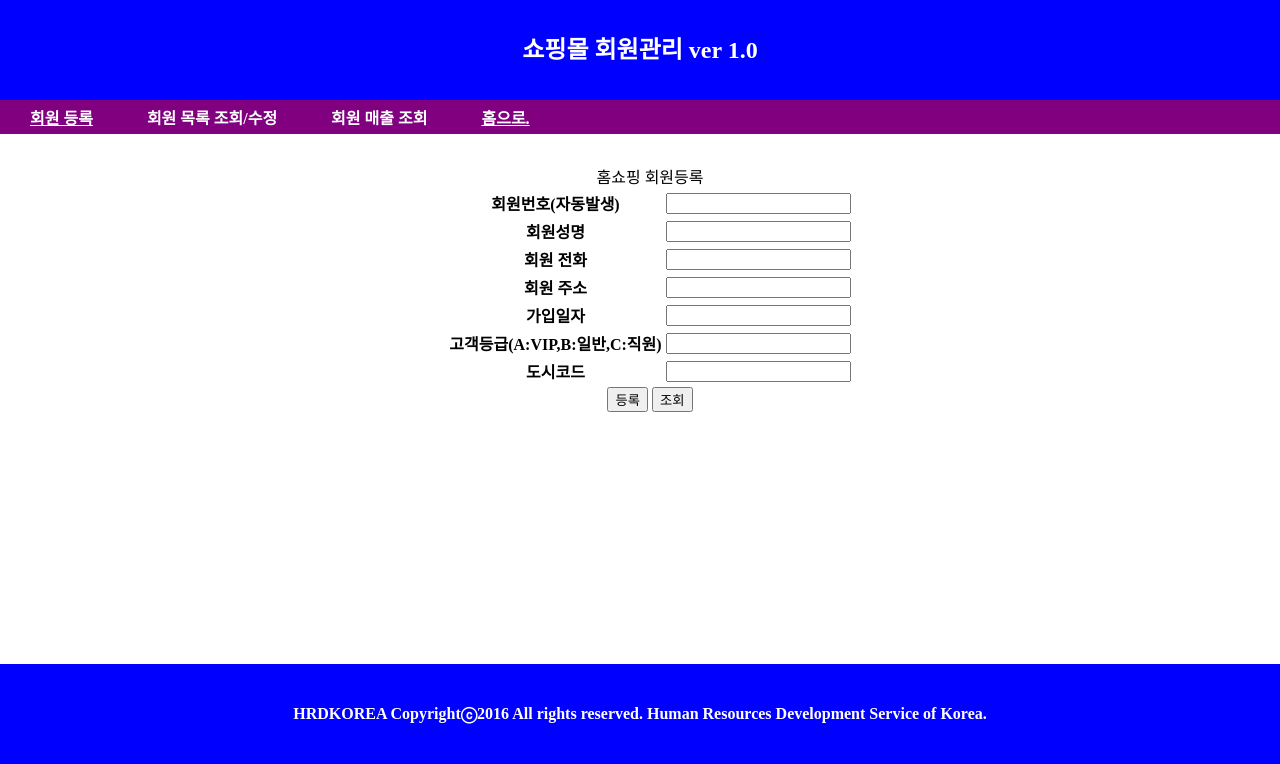
Repository: brightjy/Today-what-I-practiced
Page: http://localhost/HRD_900108/member/memberRegisterView.jsp
The author's editor kept a copy of each file at every save. The page is drawn from the files as they stood at one save, then again after the next save.
The browser window is 1280 px wide. The pictures show the whole page.
The page is served by Tomcat 9.

Above is the page before, as saved 2020-05-09 16:14:50.

### hrdkorea_0509/HRD_900108/WebContent/member/memberRegisterView.jsp
<%@ page language="java" contentType="text/html; charset=UTF-8"
    pageEncoding="UTF-8"%>
<!DOCTYPE html>
<html>
<head>
<meta charset="UTF-8">
<title>Insert title here</title>
<style>
	.lastRow{
		text-align:center;
	}
</style>
</head>
<body>
<jsp:include page="../main/header.jsp"/>
	<section>
		<form action="../memberRegister.do">
			<table>
				<caption>홈쇼핑 회원등록</caption>
				<tr>
					<th>
						회원번호(자동발생)
					</th>
					<td>
						<input type="text" name="custno" value="${custno }" readonly="readonly">
					</td>
				</tr>
				<tr>
					<th>
						회원성명
					</th>
					<td>
						<input type="text" name="custname">
					</td>
				</tr>
				<tr>
					<th>
						회원 전화
					</th>
					<td>
						<input type="phone" name="phone">
					</td>
				</tr>
				<tr>
					<th>
						회원 주소
					</th>
					<td>
						<input type="text" name="address">
					</td>
				</tr>
				<tr>
					<th>
						가입일자
					</th>
					<td>
						<input type="text" name="joindate">
					</td>
				</tr>
				<tr>
					<th>
						고객등급(A:VIP,B:일반,C:직원)
					</th>
					<td>
						<input type="text" name="grade">
					</td>
				</tr>
				<tr>
					<th>
						도시코드
					</th>
					<td>
						<input type="text" name="city">
					</td>
				</tr>
				<tr>
					<td colspan="2" class="lastRow">
						<input type="submit" value="등록">
						<input type="button" value="조회" onclick="location.href='memberList.do'">
					</td>
				</tr>
			</table>
		</form>
	</section>
<jsp:include page="../main/footer.jsp"/>
</body>
</html>

### hrdkorea_0509/HRD_900108/WebContent/main/header.jsp
<%@ page language="java" contentType="text/html; charset=UTF-8"
    pageEncoding="UTF-8"%>
<!DOCTYPE html>
<html>
<head>
<meta charset="UTF-8">
<title>Insert title here</title>
<style>
	*{
		margin:0 auto;
	}
	header{
		height:100px;
		background-color:blue;
	}
	header h2{
		text-align:center;
		line-height:100px;
		color:white;
	}
	nav{
		background-color:purple;
		padding:5px 0 5px 30px;
	}
	nav a{
		color: white;
		font-weight:bold;
		padding-right:50px;
	}
	section{
		padding: 30px 0 0 20px;
		height:500px;
	}
	section h3{
		text-align:center;
		margin-bottom:20px;
	}
	footer{
		height:100px;
		background-color:blue;
	}
	footer h4{
		text-align:center;
		line-height:100px;
		color:white;
	}
</style>
</head>
<body>
	<header>
		<h2>쇼핑몰 회원관리 ver 1.0</h2>
	</header>
	<nav>
		<a href="memberReigsterView.do">회원 등록</a>
		<a>회원 목록 조회/수정</a>
		<a>회원 매출 조회</a>
		<a href="main.do">홈으로.</a>
	</nav>
</body>
</html>

### hrdkorea_0509/HRD_900108/WebContent/main/footer.jsp
<%@ page language="java" contentType="text/html; charset=UTF-8"
    pageEncoding="UTF-8"%>
<!DOCTYPE html>
<html>
<head>
<meta charset="UTF-8">
<title>Insert title here</title>
<style>
	*{
		margin:0 auto;
	}
	header{
		height:100px;
		background-color:blue;
	}
	header h2{
		text-align:center;
		line-height:100px;
		color:white;
	}
	nav{
		background-color:purple;
		padding:5px 0 5px 30px;
	}
	nav a{
		color: white;
		font-weight:bold;
		padding-right:50px;
	}
	section{
		padding: 30px 0 0 20px;
		height:500px;
	}
	section h3{
		text-align:center;
		margin-bottom:20px;
	}
	footer{
		height:100px;
		background-color:blue;
	}
	footer h4{
		text-align:center;
		line-height:100px;
		color:white;
	}
</style>
</head>
<body>
	<footer>
		<h4>HRDKOREA Copyrightⓒ2016 All rights reserved. Human Resources Development Service of Korea.</h4>
	</footer>
</body>
</html>

After the next save:
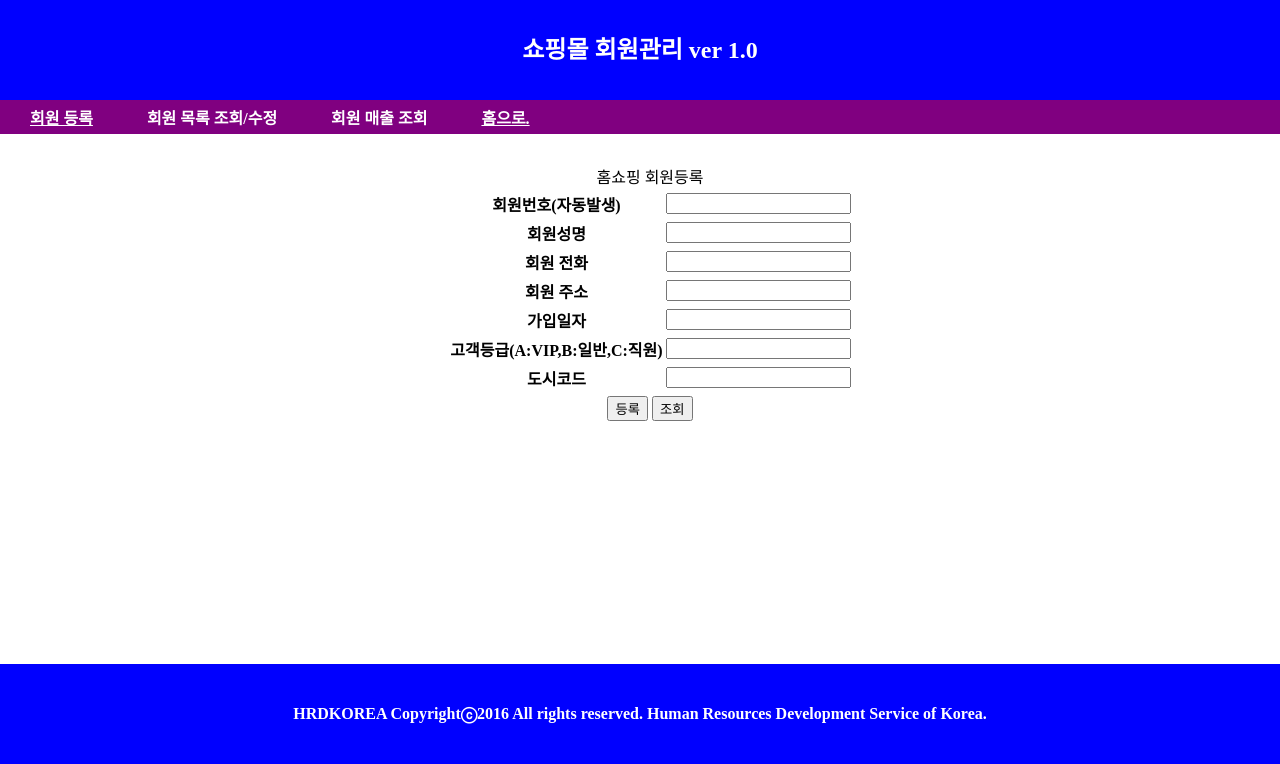
Saved 20 s later.
--- a/hrdkorea_0509/HRD_900108/WebContent/member/memberRegisterView.jsp
+++ b/hrdkorea_0509/HRD_900108/WebContent/member/memberRegisterView.jsp
@@ -6,6 +6,9 @@
 <meta charset="UTF-8">
 <title>Insert title here</title>
 <style>
+	td{
+		padding:3px 0;
+	}
 	.lastRow{
 		text-align:center;
 	}
